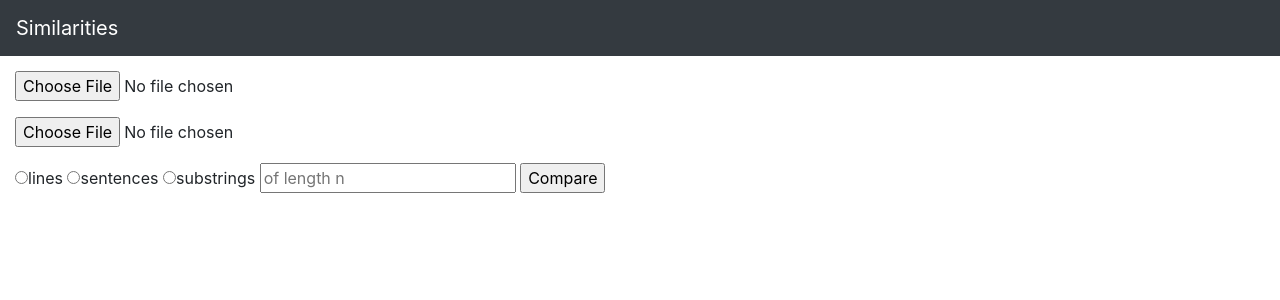
Repository: kenwynejohnes/cs50
Page: http://localhost/
The author's editor kept a record of every edit. The page is drawn from the files as they stood at one moment, then again after the next edit.
The browser window is 1280 px wide. The pictures show the whole page.
Some web libraries are served in a nearby version. The page is served by the project's application, run on Flask 3 (pset6/similarities/application.py). Other server files are loaded and not shown.

Above is the page before.

### pset6/similarities/templates/index.html
{% extends "layout.html" %}

{% block body %}

    <div class="col">
        <form action="/compare" enctype="multipart/form-data" method="post">

            <!-- TODO -->
            <div>
                <input type="file" name="file1"></input>
            </p>
            <p>
                <input type="file" name="file2"></input>
            </p>


            <input type="radio" name="algorithm" value="lines">lines</input>
            <input type="radio" name="algorithm" value="sentences">sentences</input>
            <input type="radio" name="algorithm" value="substrings">substrings</input>
            <input type="number" name="length" placeholder="of length n">

            <button type="submit">Compare</button>


        </form>
    </div>

{% endblock %}

### pset6/similarities/templates/layout.html
<!DOCTYPE html>

<html lang="en">
    <head>

        <!-- Required meta tags -->
        <meta charset="utf-8"/>
        <meta name="viewport" content="width=device-width, initial-scale=1, shrink-to-fit=no"/>

        <!-- Bootstrap CSS -->
        <link href="https://maxcdn.bootstrapcdn.com/bootstrap/4.0.0-beta/css/bootstrap.min.css" rel="stylesheet"/>

        <link href="/static/styles.css" rel="stylesheet"/>

        <title>Similarities</title>

    </head>
    <body>

        <nav class="navbar fixed-top navbar-dark bg-dark">
            <a class="navbar-brand" href="/">Similarities</a>
        </nav>

        <div class="container-fluid">
            <div class="row">
                {% block body %}{% endblock %}
            </div>
        </div>

        <!-- Optional JavaScript -->
        <script src="https://code.jquery.com/jquery-3.2.1.slim.min.js"></script>
        <script src="https://cdnjs.cloudflare.com/ajax/libs/popper.js/1.11.0/umd/popper.min.js"></script>
        <script src="https://maxcdn.bootstrapcdn.com/bootstrap/4.0.0-beta/js/bootstrap.min.js"></script>

    </body>
</html>

Loaded but not shown: pset6/similarities/application.py (common file); pset6/similarities/static/styles.css (common file)

After the next edit:
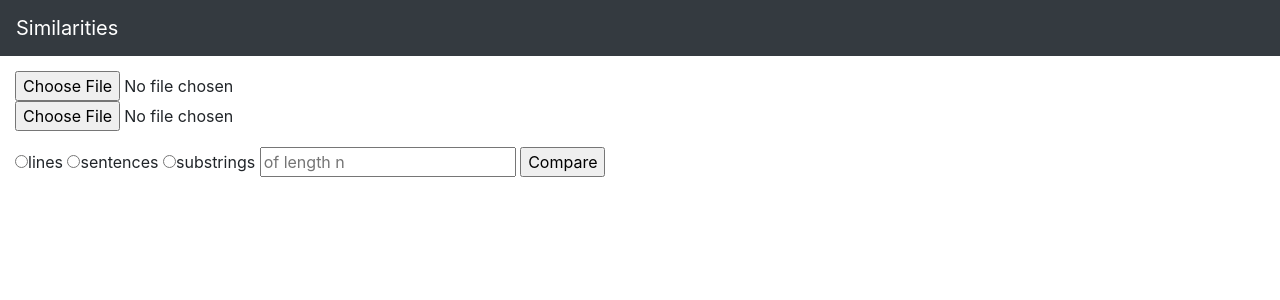
The edit:
--- a/pset6/similarities/templates/index.html
+++ b/pset6/similarities/templates/index.html
@@ -8,8 +8,8 @@
             <!-- TODO -->
             <div>
                 <input type="file" name="file1"></input>
-            </p>
-            <p>
+            </div>
+            <div>
                 <input type="file" name="file2"></input>
             </p>
 
